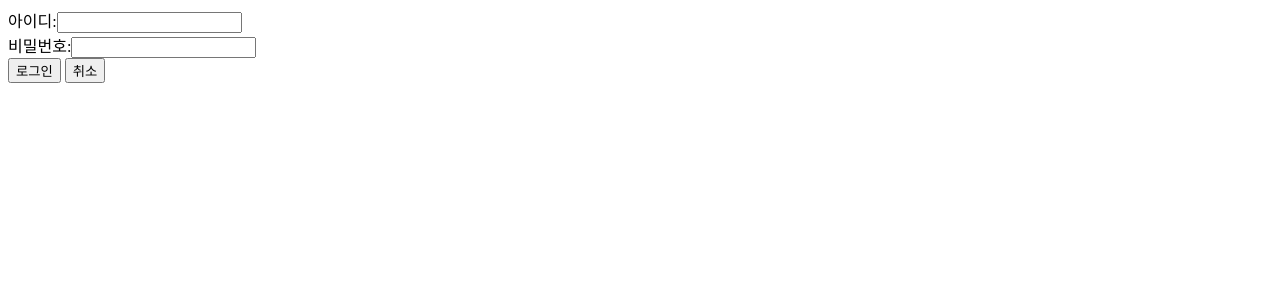
Repository: BukJuck/OnlineShop_JSP
Page: http://localhost/ShopMiniMall_05_로그인/loginForm.jsp
The author's editor kept a copy of each file at every save. The page is drawn from the files as they stood at one save, then again after the next save.
The browser window is 1280 px wide. The pictures show the whole page.
The page is served by Tomcat 9. Other server files are loaded and not shown.

Above is the page before, as saved 2022-04-26 08:14:00.

### ShopMiniMall_05_로그인/WebContent/loginForm.jsp
<%@ page language="java" contentType="text/html; charset=UTF-8"
    pageEncoding="UTF-8"%>
<!DOCTYPE html>
<html>
<head>
<meta charset="UTF-8">
<title>Insert title here</title>
</head>
<body>

<jsp:include page="member/loginForm.jsp" flush="true"></jsp:include>
</body>
</html>

### ShopMiniMall_05_로그인/WebContent/member/loginForm.jsp
<%@ page language="java" contentType="text/html; charset=UTF-8"
    pageEncoding="UTF-8"%>

<script type="text/javascript" src="https://ajax.googleapis.com/ajax/libs/jquery/3.5.1/jquery.min.js"></script>
<script type="text/javascript">

	$(function() {
		$("form").on("submit", function(event) {
			var userid = $("#userid").val();
			var passwd = $("#passwd").val();
				if(userid.length==0 || passwd.length==0){
					alert("비번, 패스를 입력하세요");
					event.preventDefault();
				}
		});	//end submit
	});

</script>
<form action="LoginServlet" method="get">
아이디:<input type="text" name="userid" id="userid"><br>
비밀번호:<input type="text" name="passwd" id="passwd"><br>
<input type="submit" value="로그인">
<input type="reset" value="취소">
</form>

### ShopMiniMall_05_로그인/WebContent/common/top.jsp
<%@page import="com.dto.MemberDTO"%>
<%@ page language="java" contentType="text/html; charset=UTF-8"
    pageEncoding="UTF-8"%>
	<!-- top부분 -->
<%
	MemberDTO dto = (MemberDTO)session.getAttribute("login");
	//System.out.print(dto);

	if(dto!=null){
	String username = dto.getUsername();
%>
<%= username %> 님 환영합니다.<br>
<a href="">로그아웃</a>
<a href="">mypage</a>
<a href="">장바구니</a>
<%
	}else{
%>
<a href="LoginUIServlet">로그인</a>
<a href="MemberUIServlet">회원가입</a>

<%
	}
%>

### ShopMiniMall_05_로그인/WebContent/common/menu.jsp
<%@ page language="java" contentType="text/html; charset=UTF-8"
    pageEncoding="UTF-8"%>
	<!-- 메뉴부분 -->
<a href=""> top</a>
<a href=""> dress</a>
<a href=""> outer</a>
<a href=""> bottom</a>

After the next save:
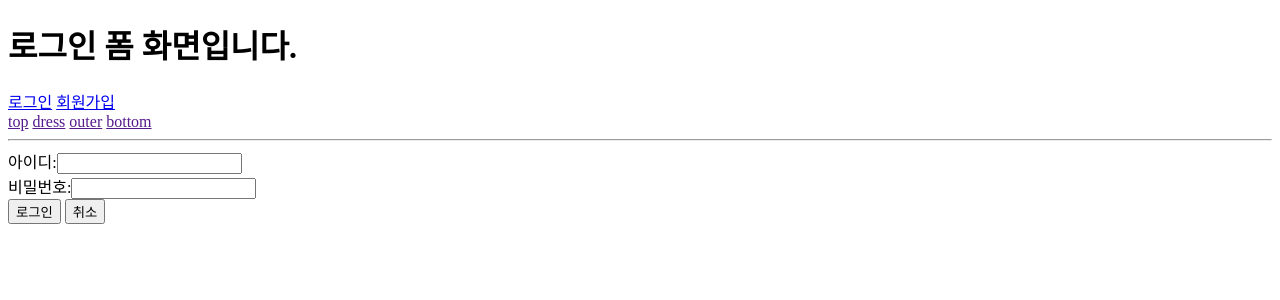
Saved 20 s later.
--- a/ShopMiniMall_05_로그인/WebContent/loginForm.jsp
+++ b/ShopMiniMall_05_로그인/WebContent/loginForm.jsp
@@ -7,7 +7,10 @@
 <title>Insert title here</title>
 </head>
 <body>
-
+<h1>로그인 폼 화면입니다.</h1>
+<jsp:include page="common/top.jsp" flush="true"></jsp:include><br>
+<jsp:include page="common/menu.jsp" flush="true"></jsp:include>
+<hr>
 <jsp:include page="member/loginForm.jsp" flush="true"></jsp:include>
 </body>
 </html>
